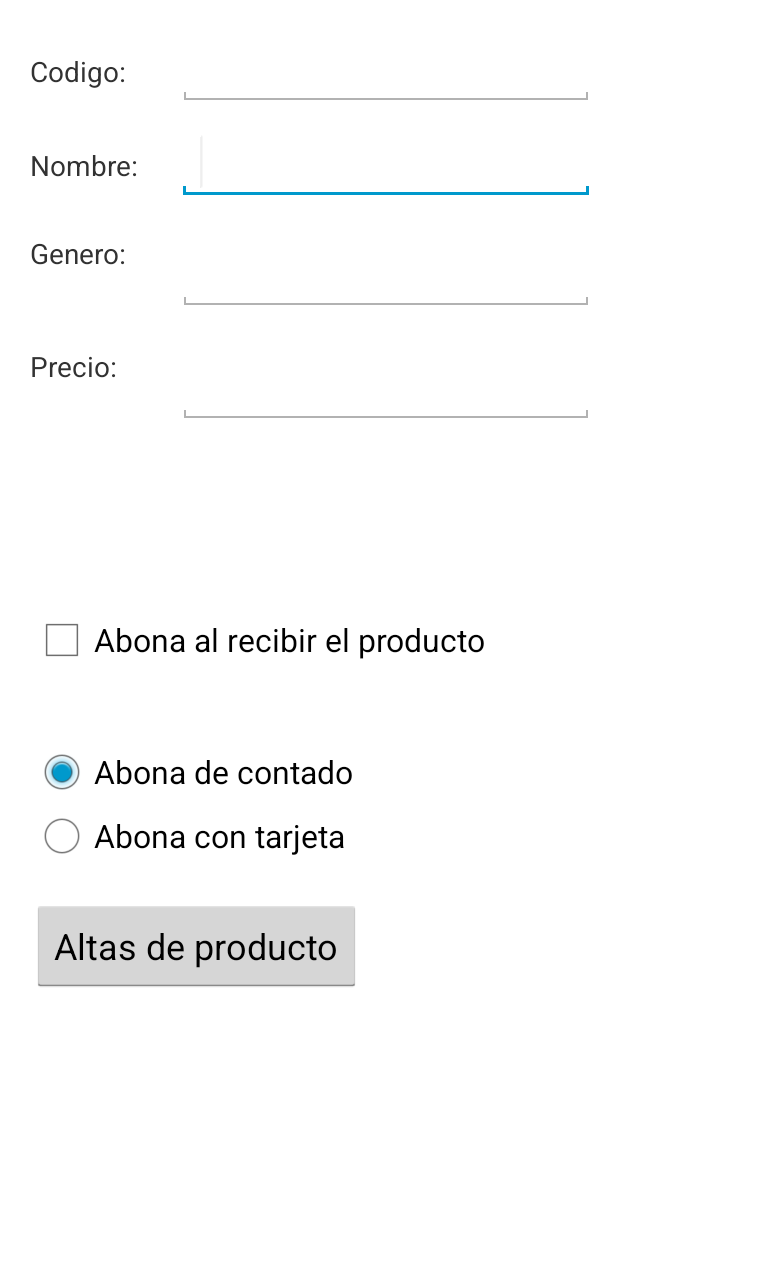
Repository: unknoman/javaAndroidDesempenos
Layout: parcial2h/res/layout/activity_main.xml
These files come from the project's save history. The layout is drawn as it stood at one moment and after the next save; the edit follows.
It is drawn on a 768 x 1280 px phone screen (xhdpi) without system bars, with theme AppTheme; the app's code is not run.

Above is the layout before, as saved 2022-06-16 06:25:20.

### parcial2h/res/layout/activity_main.xml
<RelativeLayout xmlns:android="http://schemas.android.com/apk/res/android"
    xmlns:tools="http://schemas.android.com/tools"
    android:layout_width="match_parent"
    android:layout_height="match_parent"
    tools:context=".MainActivity" >

    <TextView
        android:id="@+id/textView2"
        android:layout_width="wrap_content"
        android:layout_height="wrap_content"
        android:layout_alignParentLeft="true"
        android:layout_below="@+id/textView1"
        android:layout_marginLeft="15dp"
        android:layout_marginTop="28dp"
        android:text="Nombre:" />

    <TextView
        android:id="@+id/textView1"
        android:layout_width="wrap_content"
        android:layout_height="wrap_content"
        android:layout_alignLeft="@+id/textView2"
        android:layout_alignParentTop="true"
        android:layout_marginTop="26dp"
        android:text="Codigo:" />

    <TextView
        android:id="@+id/textView3"
        android:layout_width="wrap_content"
        android:layout_height="wrap_content"
        android:layout_alignRight="@+id/textView1"
        android:layout_below="@+id/textView2"
        android:layout_marginTop="25dp"
        android:text="Genero:" />

    <EditText
        android:id="@+id/et1"
        android:layout_width="wrap_content"
        android:layout_height="wrap_content"
        android:layout_alignBaseline="@+id/textView1"
        android:layout_alignBottom="@+id/textView1"
        android:layout_marginLeft="19dp"
        android:layout_toRightOf="@+id/textView2"
        android:ems="10"
        android:inputType="number" />

    <EditText
        android:id="@+id/et2"
        android:layout_width="wrap_content"
        android:layout_height="wrap_content"
        android:layout_alignBaseline="@+id/textView2"
        android:layout_alignBottom="@+id/textView2"
        android:layout_alignLeft="@+id/et1"
        android:ems="10" >

        <requestFocus />
    </EditText>

    <EditText
        android:id="@+id/et3"
        android:layout_width="wrap_content"
        android:layout_height="wrap_content"
        android:layout_alignLeft="@+id/et2"
        android:layout_alignTop="@+id/textView3"
        android:ems="10" />

    <EditText
        android:id="@+id/et4"
        android:layout_width="wrap_content"
        android:layout_height="wrap_content"
        android:layout_alignLeft="@+id/et3"
        android:layout_alignTop="@+id/textView4"
        android:ems="10"
        android:inputType="numberDecimal" />

    <TextView
        android:id="@+id/textView4"
        android:layout_width="wrap_content"
        android:layout_height="wrap_content"
        android:layout_alignLeft="@+id/textView2"
        android:layout_below="@+id/et3"
        android:layout_marginTop="17dp"
        android:text="Precio:" />

    <CheckBox
        android:id="@+id/cb1"
        android:layout_width="wrap_content"
        android:layout_height="wrap_content"
        android:layout_alignLeft="@+id/textView4"
        android:layout_centerVertical="true"
        android:text="Abona al recibir el producto" />

    <RadioGroup
        android:id="@+id/radioGroup1"
        android:layout_width="wrap_content"
        android:layout_height="wrap_content"
        android:layout_alignLeft="@+id/cb1"
        android:layout_below="@+id/cb1"
        android:layout_marginTop="34dp" >

        <RadioButton
            android:id="@+id/radio0"
            android:layout_width="wrap_content"
            android:layout_height="wrap_content"
            android:checked="true"
            android:text="Abona de contado" />

        <RadioButton
            android:id="@+id/radio1"
            android:layout_width="wrap_content"
            android:layout_height="wrap_content"
            android:text="Abona con tarjeta" />
    </RadioGroup>

    <Button
        android:id="@+id/button1"
        android:layout_width="wrap_content"
        android:layout_height="wrap_content"
        android:layout_alignLeft="@+id/radioGroup1"
        android:layout_below="@+id/radioGroup1"
        android:layout_marginTop="15dp"
        android:minWidth="64dp"
        android:text="Altas de producto" />

</RelativeLayout>

Loaded but not shown: parcial2h/res/values/styles.xml (common file); parcial2h/res/values-v11/styles.xml (common file); parcial2h/res/values-v14/styles.xml (common file)

After the next save:
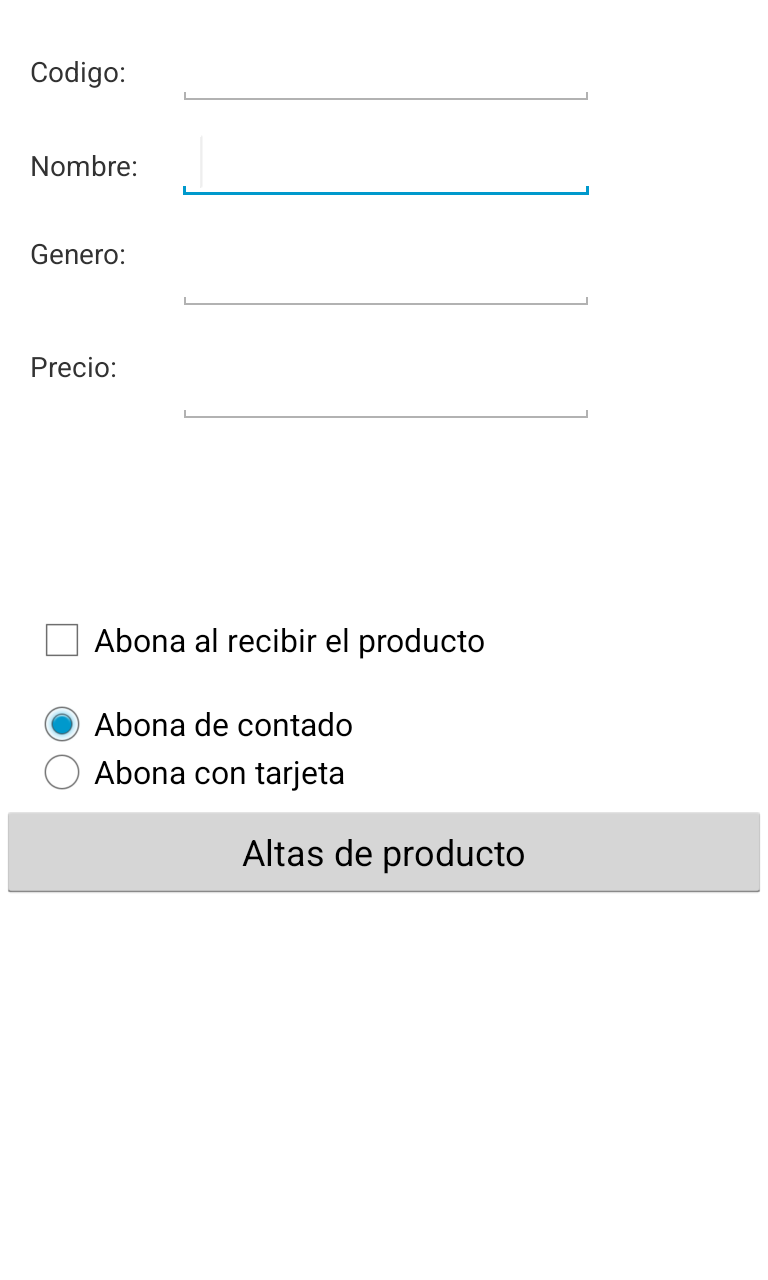
Saved 2 min 13 s later.
--- a/parcial2h/res/layout/activity_main.xml
+++ b/parcial2h/res/layout/activity_main.xml
@@ -98,26 +98,28 @@
         android:layout_marginTop="34dp" >
 
         <RadioButton
-            android:id="@+id/radio0"
-            android:layout_width="wrap_content"
-            android:layout_height="wrap_content"
-            android:checked="true"
-            android:text="Abona de contado" />
-
-        <RadioButton
             android:id="@+id/radio1"
             android:layout_width="wrap_content"
             android:layout_height="wrap_content"
             android:text="Abona con tarjeta" />
     </RadioGroup>
 
-    <Button
-        android:id="@+id/button1"
+    <RadioButton
+        android:id="@+id/radio0"
         android:layout_width="wrap_content"
         android:layout_height="wrap_content"
         android:layout_alignLeft="@+id/radioGroup1"
+        android:layout_below="@+id/cb1"
+        android:layout_marginTop="10dp"
+        android:checked="true"
+        android:text="Abona de contado" />
+
+    <Button
+        android:id="@+id/button1"
+        android:layout_width="1000"
+        android:layout_height="wrap_content"
+        android:layout_alignParentLeft="true"
         android:layout_below="@+id/radioGroup1"
-        android:layout_marginTop="15dp"
         android:minWidth="64dp"
         android:text="Altas de producto" />
 
